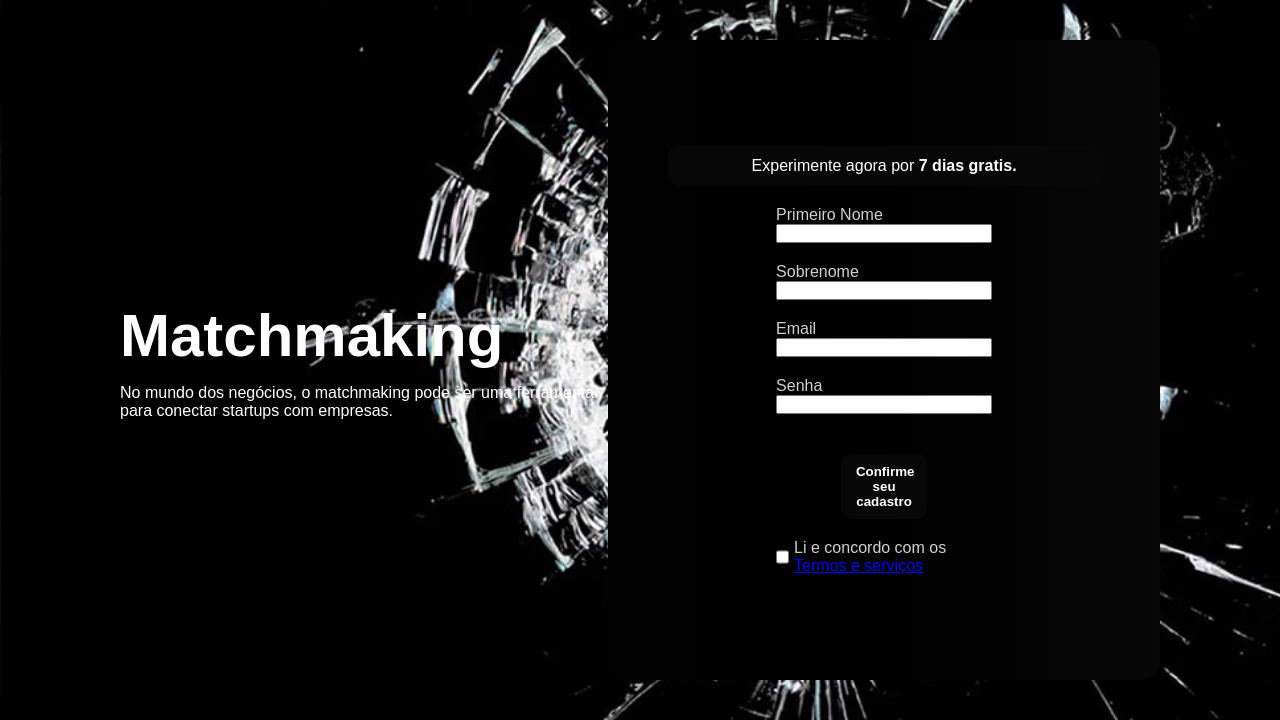
Repository: analessp/tela-login
Page: index.html
The author's editor kept a copy of each file at every save. The page is drawn from the files as they stood at one save, then again after a run of saves.
The browser window is 1280 px wide. The pictures show the whole page.
Some web fonts or font styles are not loaded; a fallback is used.

Above is the page before, as saved 2025-04-16 12:03:19.

After the next 5 saves:
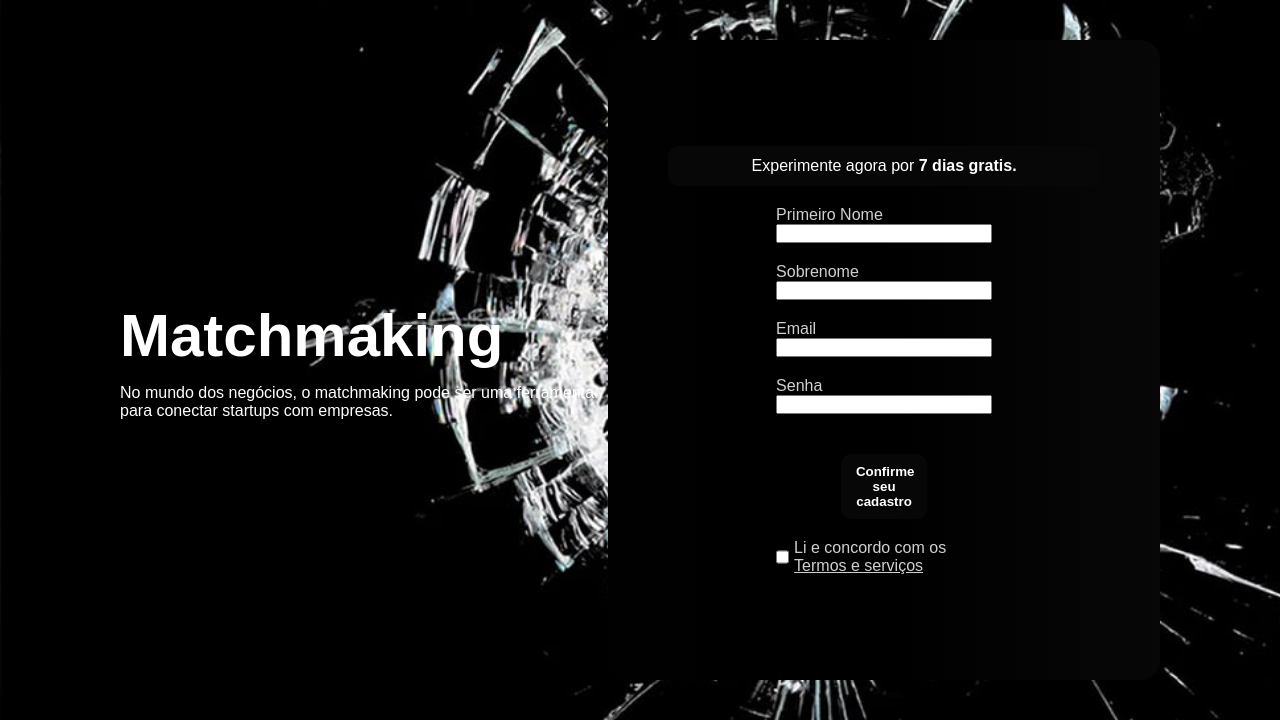
The 5 saves are shown as one change because they came seconds apart.
The last was saved 15 s later.
--- a/style.css
+++ b/style.css
@@ -128,10 +128,10 @@ text-align: center;
 }
 
 .terms p{
-
+    width: 100%;
 }
 
-.terms p {
+.terms p a{
     width: fit-content;
     color: #d0d0d0;
 }
